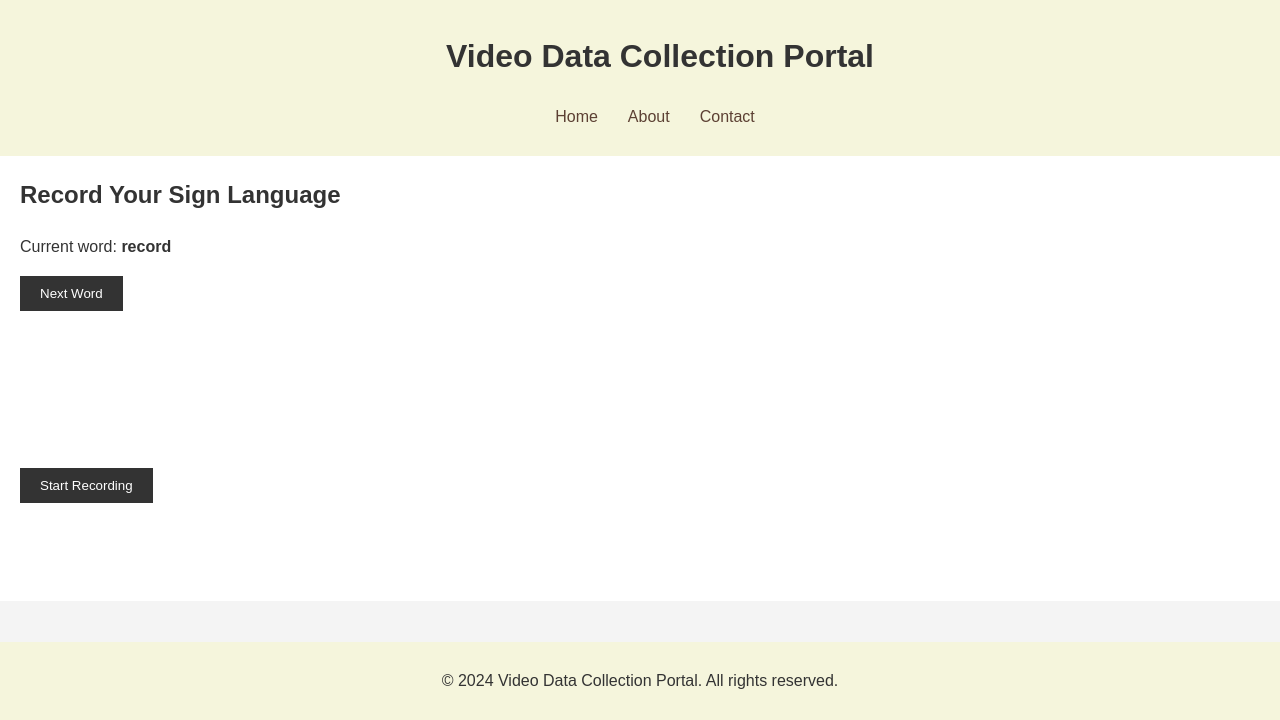
Repository: Oren93/sign_lang_data
Page: /upload (app in frontend/sign-lang-ui/)
An editor plug-in stored every save of this project. The page is shown before and after the next save, followed by the edit.
The browser window is 1280 px wide. The pictures show the whole page.
The page's requests for data from a server got no answer. The project was rebuilt for these pictures with package versions that can differ from the ones it lists, and the page was loaded fresh each time. No one was signed in, and anything a server would have sent is missing. Also part of the build but not shown: frontend/sign-lang-ui/vite.config.ts, frontend/sign-lang-ui/src/pages/Home.tsx, frontend/sign-lang-ui/src/pages/About.tsx, frontend/sign-lang-ui/src/pages/Contact.tsx.

Above is the page before, as saved 2024-06-09 23:08:58.

### frontend/sign-lang-ui/src/main.tsx
// src/main.tsx
import React from 'react';
import ReactDOM from 'react-dom/client';
import { BrowserRouter as Router, Routes, Route } from 'react-router-dom';
import App from './App';
import './index.css';

const root = ReactDOM.createRoot(document.getElementById('root') as HTMLElement);
root.render(
  <React.StrictMode>
    <Router>
      <Routes>
        <Route path="/*" element={<App />} />
      </Routes>
    </Router>
  </React.StrictMode>
);

### frontend/sign-lang-ui/src/App.tsx
// src/App.tsx
import React, { useEffect, useLayoutEffect } from 'react';
import { Routes, Route, useLocation } from 'react-router-dom';
import Header from './components/Header';
import Footer from './components/Footer';
import Home from './pages/Home';
import About from './pages/About';
import Contact from './pages/Contact';
import Upload from './pages/Upload';

const App: React.FC = () => {
  const location = useLocation();

  useLayoutEffect(() => {
    const adjustMainPadding = () => {
      const headerHeight = document.querySelector('header')?.offsetHeight || 0;
      const footerHeight = document.querySelector('footer')?.offsetHeight || 0;
      const mainElement = document.querySelector('main');

      if (mainElement) {
        mainElement.style.paddingTop = `${headerHeight}px`;
        mainElement.style.paddingBottom = `${footerHeight}px`;
      }
    };

    // Initial adjustment
    adjustMainPadding();

    // Adjust padding on load and window resize
    window.addEventListener('resize', adjustMainPadding);

    return () => {
      window.removeEventListener('resize', adjustMainPadding);
    };
  }, [location.pathname]);

  return (
    <div>
      <Header />
      <Routes>
        <Route path="/" element={<Home />} />
        <Route path="/about" element={<About />} />
        <Route path="/contact" element={<Contact />} />
        <Route path="/upload" element={<Upload />} />
      </Routes>
      <Footer />
    </div>
  );
};

export default App;

### frontend/sign-lang-ui/src/index.css
/* src/index.css */

/* General body styles */
html, body {
  font-family: Arial, sans-serif;
  line-height: 1.6;
  margin: 0;
  padding: 0;
  background: #f4f4f4;
  color: #333;
  height: 100vh;
  overflow: auto;
}

/* Header styles */
header {
  position: fixed;
  top: 0;
  left: 0;
  width: 100%;
  background: #f5f5dc;
  color: #333;
  padding: 10px 20px;
  z-index: 1000;
  text-align: center;
}

nav ul {
  list-style: none;
  padding: 0;
}

nav ul li {
  display: inline;
  margin-right: 10px;
}

nav ul li a {
  color: #5C4033;
  text-decoration: none;
  padding: 5px 10px;
}

/* Main section styles */
main {
  position: relative;
  overflow-y: auto;
  padding-left: 20px;
  padding-right: 20px;
  background: #fff; /* Ensures background color for readability */
  transition: padding-top 0.3s ease, padding-bottom 0.3s ease; /* Smooth transitions for padding adjustments */
  padding-top: 0; /* Initially set to 0 */
  padding-bottom: 0; /* Initially set to 0 */
}

section {
  margin-bottom: 20px;
}

/* Footer styles */
footer {
  position: fixed;
  bottom: 0;
  left: 0;
  width: 100%;
  background: #f5f5dc;
  color: #333;
  padding: 10px 20px;
  z-index: 1000;
  text-align: center;
  box-sizing: border-box; /* Ensures padding is included in the element's total width and height */
}
/* Link hover effect */
nav ul li a:hover {
  color: #8B4513;
  text-decoration: underline;
}

@media (max-width: 768px) {
  nav ul {
      text-align: center;
  }

  nav ul li {
      display: block;
      margin-bottom: 10px;
  }

  main {
      margin: 10px;
  }
}

/* Form styles */
form {
  max-width: 500px;
  margin: 20px auto;
  padding: 20px;
  background: #f8f8f8;
  border: 1px solid #ddd;
}

label {
  display: block;
  margin-bottom: 10px;
}

input[type="file"] {
  margin-bottom: 20px;
}

button {
  background: #333;
  color: #fff;
  border: none;
  padding: 10px 20px;
  cursor: pointer;
}

button:hover {
  background: #555;
}

### frontend/sign-lang-ui/src/components/Header.tsx
// src/components/Header.tsx
import React from 'react';
import { Link } from 'react-router-dom';

const Header: React.FC = () => {
  return (
    <header>
      <h1>Video Data Collection Portal</h1>
      <nav>
        <ul>
          <li><Link to="/">Home</Link></li>
          <li><Link to="/about">About</Link></li>
          <li><Link to="/contact">Contact</Link></li>
          {/* Removed the upload link */}
        </ul>
      </nav>
    </header>
  );
};

export default Header;

### frontend/sign-lang-ui/src/components/Footer.tsx
// src/components/Footer.tsx
import React from 'react';

const Footer: React.FC = () => {
  return (
    <footer>
      <p>&copy; 2024 Video Data Collection Portal. All rights reserved.</p>
    </footer>
  );
};

export default Footer;

### frontend/sign-lang-ui/src/pages/Upload.tsx
// src/pages/Upload.tsx
import React, { useState, useRef, useEffect } from 'react';
import Webcam from 'react-webcam';

const words = ['hello', 'world', 'sign', 'language', 'video', 'record']; // Example words

const Upload: React.FC = () => {
  const [word, setWord] = useState<string>('');
  const [recording, setRecording] = useState<boolean>(false);
  const [videoUrl, setVideoUrl] = useState<string | null>(null);
  const webcamRef = useRef<Webcam>(null);
  const mediaRecorderRef = useRef<MediaRecorder | null>(null);
  const [capturedChunks, setCapturedChunks] = useState<Blob[]>([]);

  useEffect(() => {
    generateRandomWord();
  }, []);

  const generateRandomWord = () => {
    const randomWord = words[Math.floor(Math.random() * words.length)];
    setWord(randomWord);
  };

  const handleStartRecording = () => {
    setRecording(true);
    setCapturedChunks([]);
    if (webcamRef.current?.stream) {
      mediaRecorderRef.current = new MediaRecorder(webcamRef.current.stream, {
        mimeType: 'video/webm',
      });
      mediaRecorderRef.current.addEventListener('dataavailable', handleDataAvailable);
      mediaRecorderRef.current.start();
    }
  };

  const handleDataAvailable = (event: BlobEvent) => {
    if (event.data.size > 0) {
      setCapturedChunks((prev) => [...prev, event.data]);
    }
  };

  const handleStopRecording = () => {
    setRecording(false);
    mediaRecorderRef.current?.stop();
    if (capturedChunks.length) {
      const blob = new Blob(capturedChunks, { type: 'video/webm' });
      const url = URL.createObjectURL(blob);
      setVideoUrl(url);
    }
  };

  return (
    <main>
      <section>
        <h2>Record Your Sign Language</h2>
        <p>Current word: <strong>{word}</strong></p>
        <button onClick={generateRandomWord}>Next Word</button>
        <div>
          <Webcam audio={true} ref={webcamRef} />
        </div>
        <div>
          {recording ? (
            <button onClick={handleStopRecording}>Stop Recording</button>
          ) : (
            <button onClick={handleStartRecording}>Start Recording</button>
          )}
        </div>
        {videoUrl && (
          <div>
            <h3>Recorded Video:</h3>
            <video src={videoUrl} controls />
          </div>
        )}
      </section>
    </main>
  );
};

export default Upload;

### frontend/sign-lang-ui/src/pages/Upload.css
/* src/pages/Upload.css */

main {
    display: flex;
    flex-direction: column;
    align-items: center;
    padding-top: 100px; /* Adjust based on header height */
    padding-bottom: 50px; /* Adjust based on footer height */
}

section {
    display: flex;
    flex-direction: column;
    align-items: center;
    width: 100%;
    max-width: 600px;
}

button {
    margin: 10px;
    padding: 10px 20px;
    font-size: 16px;
}

video {
    margin-top: 20px;
    width: 100%;
    max-width: 600px;
}

Loaded but not shown: frontend/sign-lang-ui/index.html (common file)

After the next save:
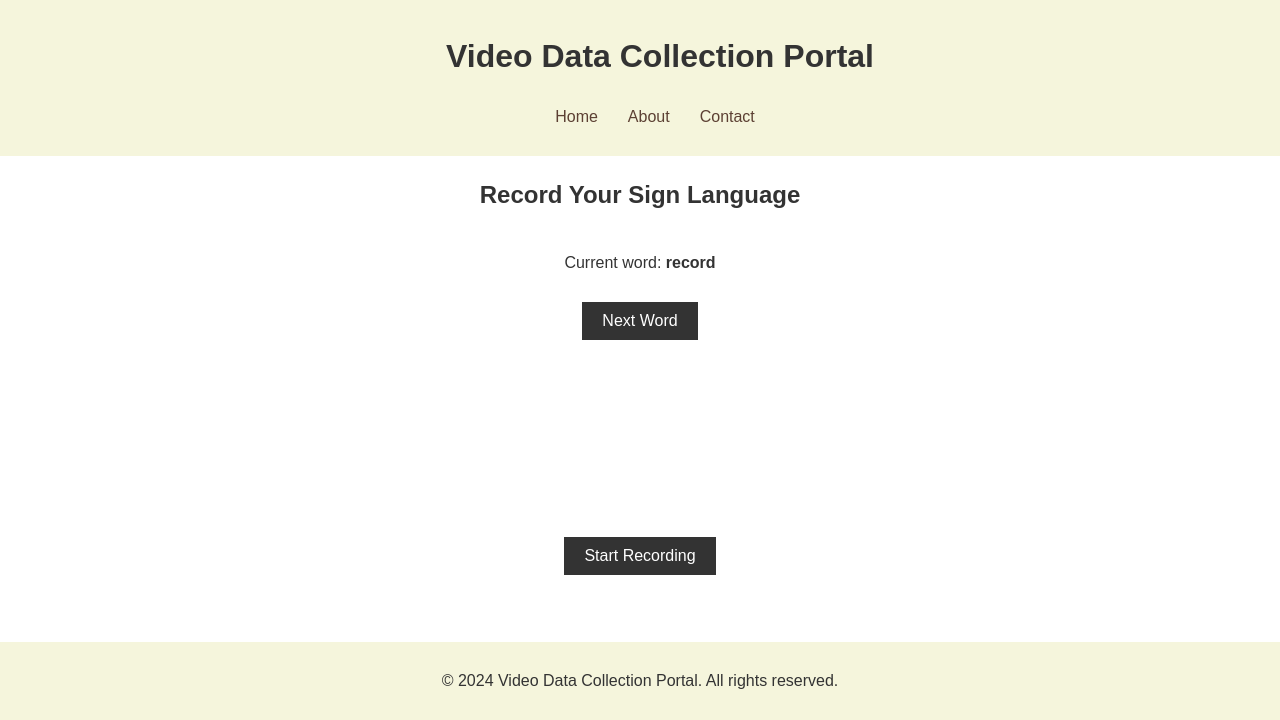
Saved 11 s later.
--- a/frontend/sign-lang-ui/src/pages/Upload.tsx
+++ b/frontend/sign-lang-ui/src/pages/Upload.tsx
@@ -1,6 +1,7 @@
 // src/pages/Upload.tsx
 import React, { useState, useRef, useEffect } from 'react';
 import Webcam from 'react-webcam';
+import './Upload.css'; // Import the CSS file
 
 const words = ['hello', 'world', 'sign', 'language', 'video', 'record']; // Example words
 
